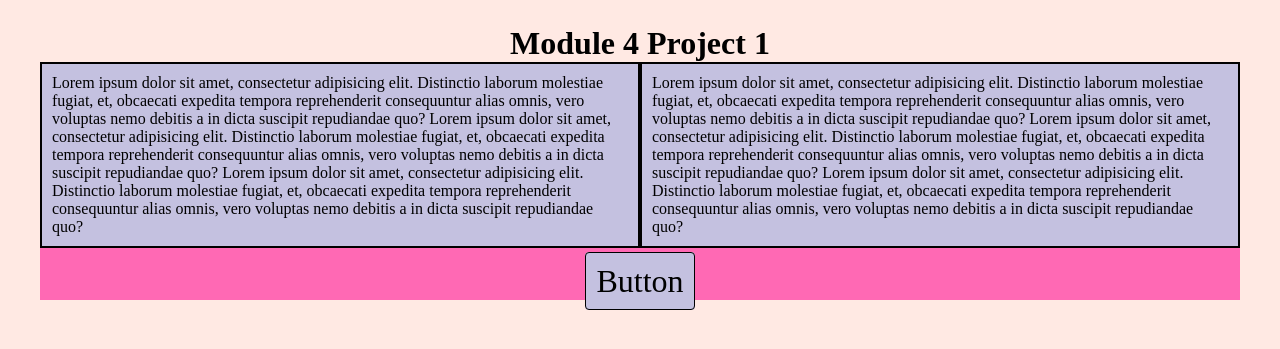
Repository: mlmEFSC21/P6-External-Style-Sheet
Page: index.html
The author's editor kept a copy of each file at every save. The page is drawn from the files as they stood at one save, then again after the next save.
The browser window is 1280 px wide. The pictures show the whole page.

Above is the page before, as saved 2022-02-13 17:22:07.

After the next save:
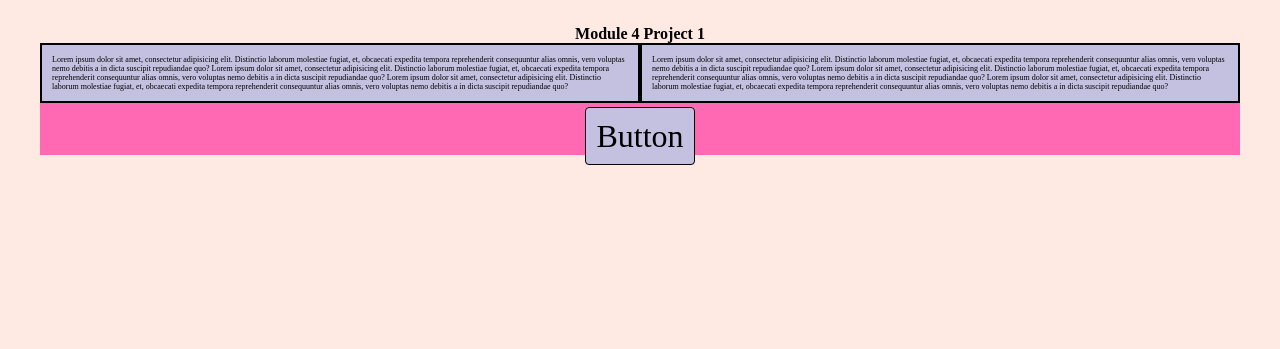
Saved 36 s later.
--- a/Styles.css
+++ b/Styles.css
@@ -19,6 +19,7 @@
     color: black;
     margin: 10px 25px;
     padding: 15px;
+    font-size: 0.5rem;
 }
 p {
     margin-bottom: 15px;

After the save that followed:
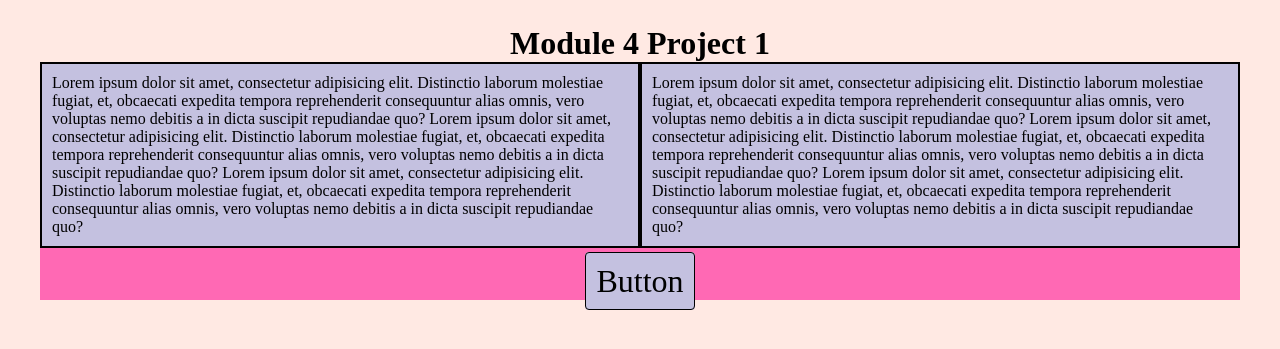
Saved 4 s later.
--- a/Styles.css
+++ b/Styles.css
@@ -19,7 +19,7 @@
     color: black;
     margin: 10px 25px;
     padding: 15px;
-    font-size: 0.5rem;
+    font-size: 1rem;
 }
 p {
     margin-bottom: 15px;
